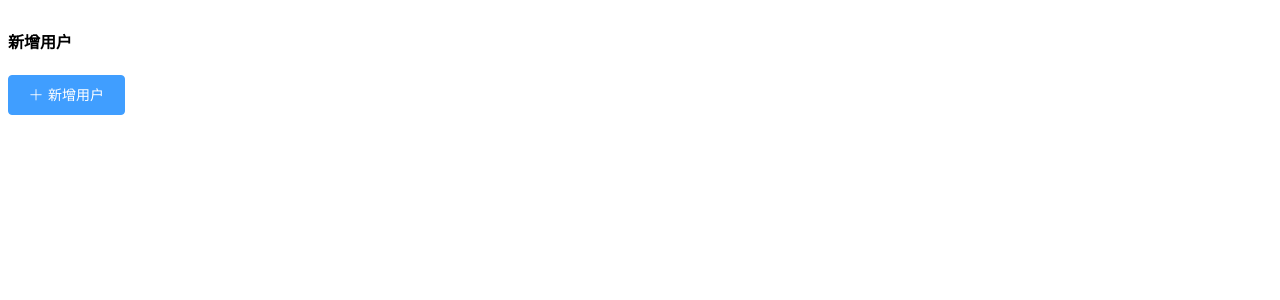
Repository: xinwuhao/New-user
Page: /
The author's editor kept a copy of each file at every save. The page is drawn from the files as they stood at one save, then again after a run of saves.
The browser window is 1280 px wide. The pictures show the whole page.
The project was rebuilt for these pictures with package versions that can differ from the ones it lists, and the page was loaded fresh each time.

Above is the page before, as saved 2021-12-21 15:47:08.

### src/main.js
import Vue from 'vue'
import App from './App.vue'
import router from './router'
import store from './store'
import ElementUI from 'element-ui';
import 'element-ui/lib/theme-chalk/index.css';

Vue.use(ElementUI);
Vue.config.productionTip = false

new Vue({
  router,
  store,
  el: '#app',
  render: h => h(App)
}).$mount('#app')

### src/views/Home.vue
<template>
  <div class="container">
    <div class="content">
      <h4>新增用户</h4>
      <div>
        <el-button
          type="primary"
          icon="el-icon-plus"
          @click="dialogVisible = true"
          >新增用户</el-button
        >
        <el-dialog title="提示" :visible.sync="dialogVisible" width="30%">
          <el-form
            :model="ruleForm"
            :rules="rules"
            ref="ruleForm"
            label-width="100px"
            class="demo-ruleForm"
          >
            <el-form-item label="名称" prop="name">
              <el-input v-model="ruleForm.name"></el-input>
            </el-form-item>
            <el-form-item label="性别" prop="sex">
              <el-radio-group
                v-model="ruleForm.sex"
                v-for="(item, index) in sex"
                :key="index"
              >
                <el-radio :label="item" style="margin-right: 10px"></el-radio>
              </el-radio-group>
            </el-form-item>
            <el-form-item label="手机号码" prop="contact">
              <el-input v-model="ruleForm.contact"></el-input>
            </el-form-item>
            <el-form-item label="邮箱" prop="mailbox">
              <el-input v-model="ruleForm.mailbox"></el-input>
            </el-form-item>
            <el-form-item>
              <el-button type="primary" @click="submitForm('ruleForm')"
                >立即新增</el-button
              >
              <el-button @click="resetForm('ruleForm')">取消</el-button>
            </el-form-item>
          </el-form>
        </el-dialog>
      </div>
      <div></div>
      <div></div>
    </div>
  </div>
</template>

<script>
//引入子组件

export default {
  name: "",
  props: {},
  data() {
    return {
      dialogVisible: false,
      list: [
        {
          name: "张三",
          sex: "男",
          contact: "18581784400",
          mailbox: "12345@qq.com",
        },
        {
          name: "李四",
          sex: "女",
          contact: "18581784401",
          mailbox: "12346@qq.com",
        },
        {
          name: "赵五",
          sex: "隐藏",
          contact: "18581784402",
          mailbox: "12347@qq.com",
        },
      ],
      sex: ["隐藏", "男", "女"],
      ruleForm: {
        name: "",
        sex: "",
        contact: "",
        mailbox: "",
      },
      rules: {
        name: [
          { required: true, message: "请输入用户名称", trigger: "blur" },
          { min: 1, max: 5, message: "长度在 1 到 5 个字符", trigger: "blur" },
        ],
        contact: [
          { required: true, message: "请输入手机号码", trigger: "blur" },
          { min: 11, max: 11, message: "输入的手机号码有误", trigger: "blur" },
          {
            pattern:
              /^(?:(?:\+|00)86)?1(?:(?:3[\d])|(?:4[5-79])|(?:5[0-35-9])|(?:6[5-7])|(?:7[0-8])|(?:8[\d])|(?:9[189]))\d{8}$/,
            message: "输入的手机号码有误",
            trigger: "blur",
          },
        ],
        mailbox: [
          { required: true, message: "请输入邮箱", trigger: "blur" },
          {
            pattern:
              /^(([^<>()[\]\\.,;:\s@"]+(\.[^<>()[\]\\.,;:\s@"]+)*)|(".+"))@((\[[0-9]{1,3}\.[0-9]{1,3}\.[0-9]{1,3}\.[0-9]{1,3}\])|(([a-zA-Z\-0-9]+\.)+[a-zA-Z]{2,}))$/,
            message: "输入的邮箱有误",
            trigger: "blur",
          },
        ],
        sex: [{ required: true, message: "性别", trigger: "change" }],
      },
    };
  },
  components: {},
  methods: {
    submitForm(formName) {
      this.$refs[formName].validate((valid) => {
        if (valid) {
          this.$message.success("新增成功");
          this.dialogVisible = false;
           this.list.unshift(this.ruleForm)
          console.log(this.list);
        } else {
          this.$message.error("您还有信息没有填写或者填写的信息有误");
          return false;
        }
      });
    },
    resetForm(formName) {
      this.$refs[formName].resetFields();
      this.dialogVisible = false;
    },
  },
  mounted() {},
  computed: {},
  watch: {},
};
</script>

<style lang='scss' scoped>
.container {
  display: flex;
  justify-content: center;
}
.content {
  width: 1450px;
  /* 注意适配的宽度必须大于最小适配宽度 */
}
.flex {
  display: flex;
}
</style>

Loaded but not shown: public/index.html (common file); src/App.vue (common file); src/router/index.js (common file); src/store/index.js (common file)

After the next 2 saves:
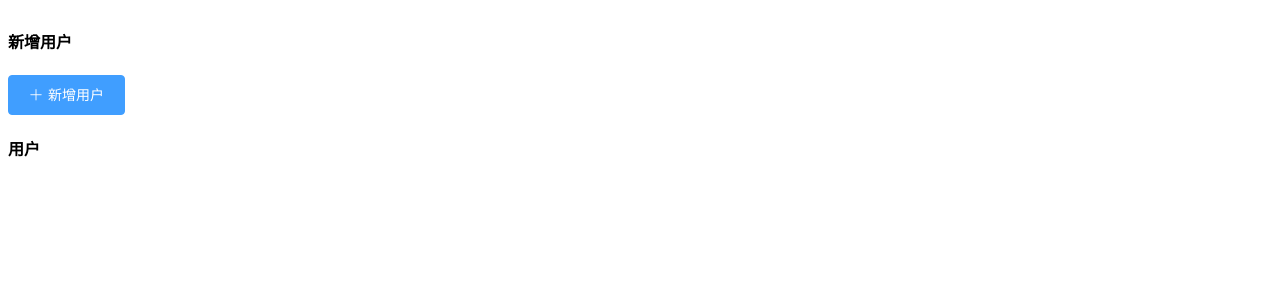
The 2 saves are shown as one change because they came seconds apart.
The last was saved 7 s later.
--- a/src/views/Home.vue
+++ b/src/views/Home.vue
@@ -45,6 +45,7 @@
         </el-dialog>
       </div>
       <div></div>
+       <h4>用户</h4>
       <div></div>
     </div>
   </div>

After the 2 saves that followed:
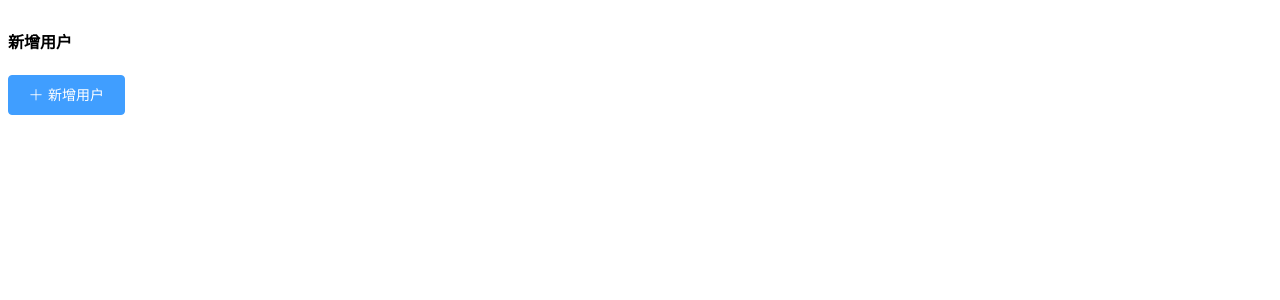
The 2 saves are shown as one change because they came seconds apart.
The last was saved 8 s later.
--- a/src/views/Home.vue
+++ b/src/views/Home.vue
@@ -44,8 +44,6 @@
           </el-form>
         </el-dialog>
       </div>
-      <div></div>
-       <h4>用户</h4>
       <div></div>
     </div>
   </div>
